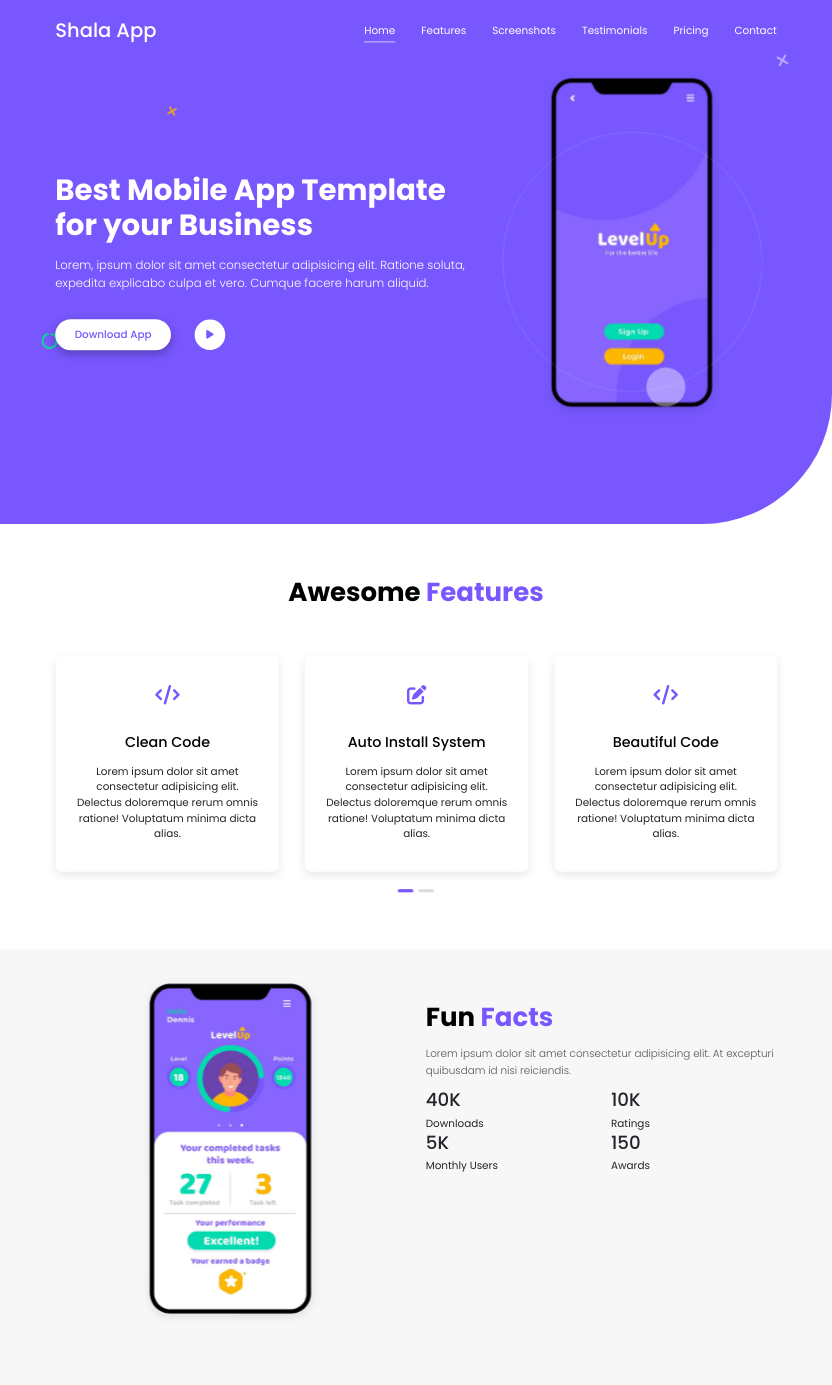
Repository: Mohamed-Hema/Shala-App
Page: index.html
The author's editor kept a copy of each file at every save. The page is drawn from the files as they stood at one save, then again after the next save.
The browser window is 1280 px wide. The pictures show the whole page, at 65% of full size.
Some web libraries are served in a nearby version.

Above is the page before, as saved 2021-02-19 17:04:12.

After the next save:
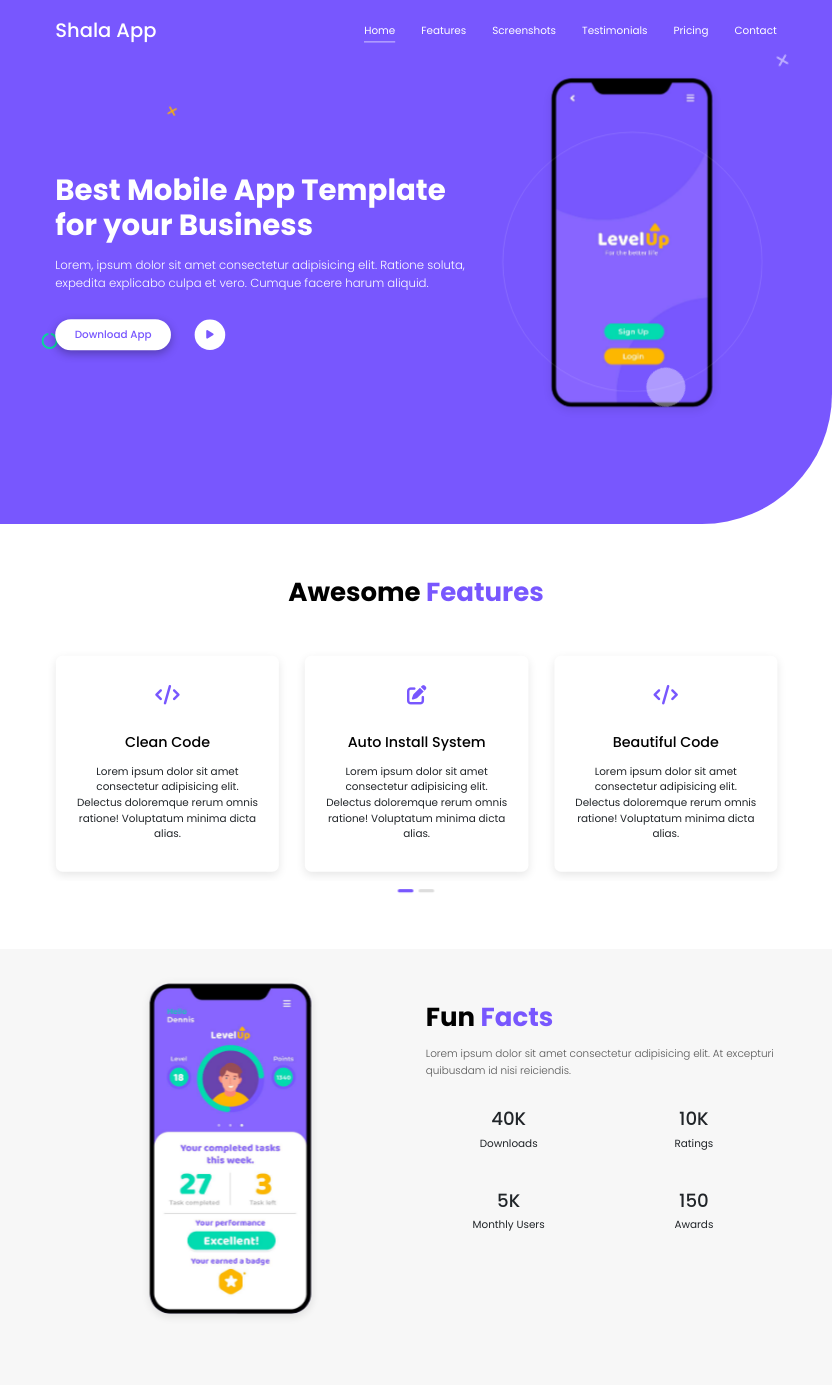
Saved 32 s later.
--- a/css/style.css
+++ b/css/style.css
@@ -432,6 +432,10 @@ ul{
     font-weight: 300;
 }
 .fun-fact-item{
+    padding: 30px;
+    text-align: center;
+    box-sizing: var(--shadow-black-100);
+    border-radius: 10px;
 
 }
 .fun-fact-item .style-1{
